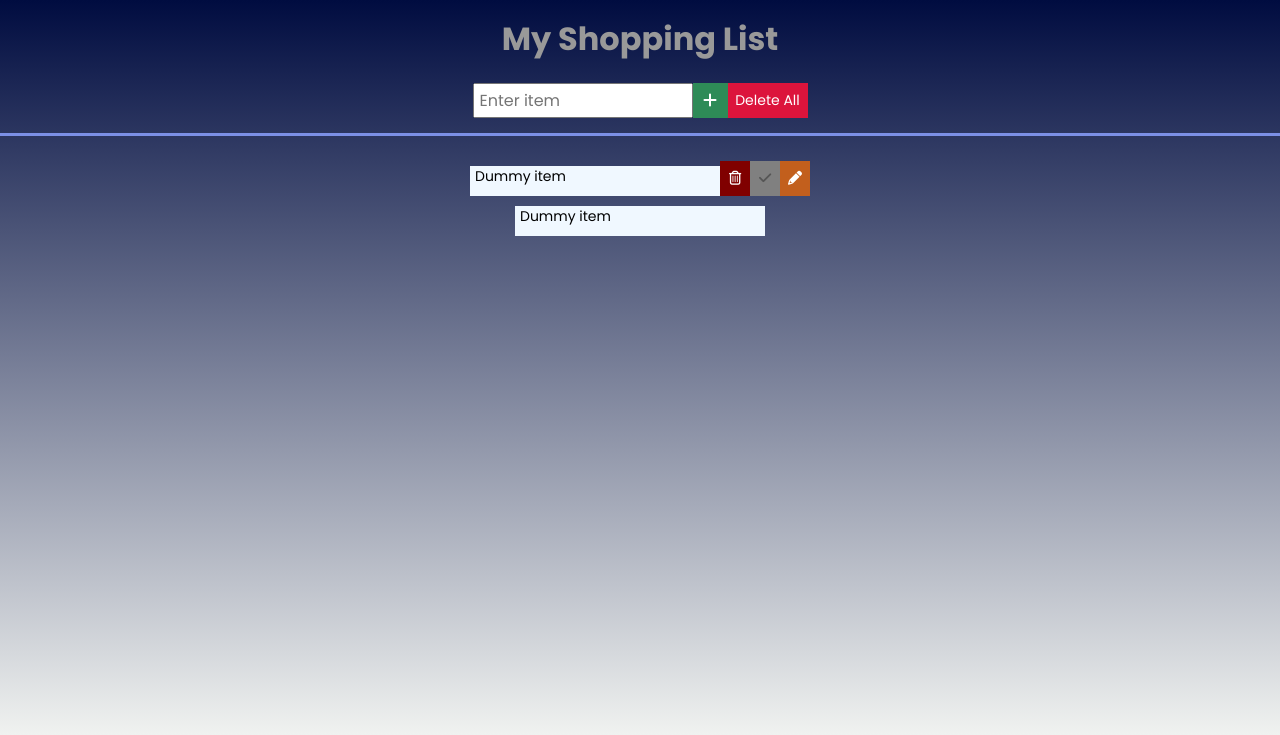
Repository: SaadYasin/shopping-list01-js
Page: index.html
These files come from the project's save history. The page is drawn as it stood at one moment and after the next save; the edit follows.
The browser window is 1280 px wide. The pictures show the whole page.

Above is the page before, as saved 2021-12-05 19:12:38.

### index.html
<!DOCTYPE html>
<html lang="en">
<head>
    <meta charset="UTF-8">
    <meta http-equiv="X-UA-Compatible" content="IE=edge">
    <meta name="viewport" content="width=device-width, initial-scale=1.0">
    <title>Shopping List App</title>
    <link rel="stylesheet" href="styles.css">
    <link rel="preconnect" href="https://fonts.googleapis.com">
    <link rel="preconnect" href="https://fonts.gstatic.com" crossorigin>
    <link href="https://fonts.googleapis.com/css2?family=Poppins:ital,wght@0,100;0,300;0,400;0,600;0,700;1,100;1,300;1,400;1,600;1,700&display=swap" rel="stylesheet">

    <link rel="stylesheet" href="https://cdnjs.cloudflare.com/ajax/libs/font-awesome/6.0.0-beta3/css/all.min.css">

</head>
<body>
    <header>
        <h1>My Shopping List</h1>

        <div id="input-form">
            <input type="text" id="item-txt" name="item-text" placeholder="Enter item" aria-label="Enter item" required>

            <button id="btn" class="btn plus-btn" type="button"><i class="fa fa-plus" aria-hidden="true"></i></button>

            <button class="btn btn-delete-all" type="button" >Delete All</button>

        </div>

        <div id="divider"></div>

        <div class="container">
            <ul id="items-list">
                <div class="list-line">
                    <div>
                        <li class="item">Dummy item</li>
                    </div>
                    <button class="btn btn-delete-item" type="button"><i class="far fa-trash-alt"></i></button>
                    <button class="btn btn-done"><i class="fas fa-check"></i></button>
                    <button class="btn btn-edit"><i class="fas fa-pencil-alt"></i></button>
                </div>
                <div class="list-line">
                    <li class="item">Dummy item</li>

                </div>
            </ul>
        </div>
    </header>
    <script src="app.js"></script>
</body>
</html>

### styles.css
* {
    padding: 0;
    margin: 0;
    box-sizing: border-box;
    font-family: 'Poppins', sans-serif;
}

body {
    min-height: 100vh;
    background: #F0F2F0;  /* fallback for old browsers */
background: -webkit-linear-gradient(to top, #f0f2f0 , #000C40);  /* Chrome 10-25, Safari 5.1-6 */
background: linear-gradient(to top,#f0f2f0 , #000C40); /* W3C, IE 10+/ Edge, Firefox 16+, Chrome 26+, Opera 12+, Safari 7+ */


}

header h1 {
    color: #999;
    text-align: center;
    margin-top: 15px;
}

#input-form {
    display: flex;
    margin-top: 20px;
    justify-content: center;
}

#item-txt {
    height: 35px;
    width: 220px;
    font-size: 16px;
    padding-left: 5px;
}

.btn {
    width: 35px;
    border: none;
    outline: none;
    font-size: 14px;
    color: #fff;
    cursor: pointer;
}

.plus-btn {
    background-color: seagreen;
    color: #fff;
    font-size: 16px;
}

.btn-delete-all {
    width: 80px;
    background-color: crimson;

}

#divider {
    width: 100vw;
    height: 3px;
    background-color: #7c90e6;
    margin-top: 15px;
}

.container {
    width: 100%;
    padding-top: 20px;

}

#items-list {
    display: flex;
    flex-direction: column;
    list-style-type: none;
}

.list-line {
    display: flex;
    justify-content: center;
    margin-top: 5px;
}

li {
    display: flex;
    width: 250px;
    height: 30px;
    font-size: 14px;
    background-color: aliceblue;
    padding-left: 5px;
    margin-top: 5px;
    margin-left: auto;
    margin-right: auto;

}

.btn-delete-item {
    width: 30px;
    background-color: maroon;
    color: #fff;

}

.btn-done {
    width: 30px;
    border: none;
    background-color: gray;
    color: #555;
    font-size: 14px;
}

.btn-edit {
    width: 30px;
    background-color: rgb(194, 95, 29);
    color: #fff;

}

### app.js
const addBtn = document.querySelector('#btn');
const inputText = document.querySelector('#item-txt');
const list = document.querySelector('.container ul');

addBtn.addEventListener('click', (e) => {

    // Check that there is an input text
    if (inputText.value !== "") {
        e.preventDefault();

        // Create li
        const newLi = document.createElement('li');
        newLi.innerHTML = inputText.value;
        list.appendChild(newLi);
    }
});

After the next save:
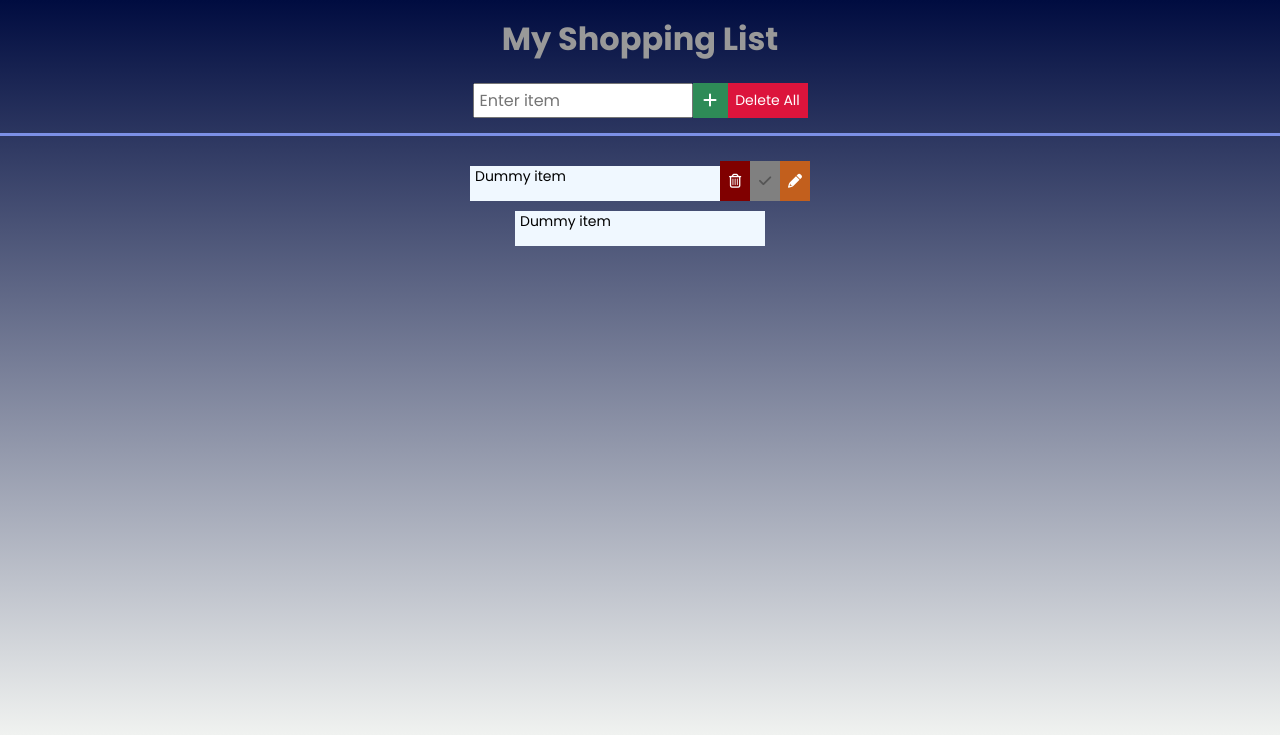
Saved 45 s later.
--- a/styles.css
+++ b/styles.css
@@ -82,7 +82,7 @@ header h1 {
 li {
     display: flex;
     width: 250px;
-    height: 30px;
+    height: 35px;
     font-size: 14px;
     background-color: aliceblue;
     padding-left: 5px;
